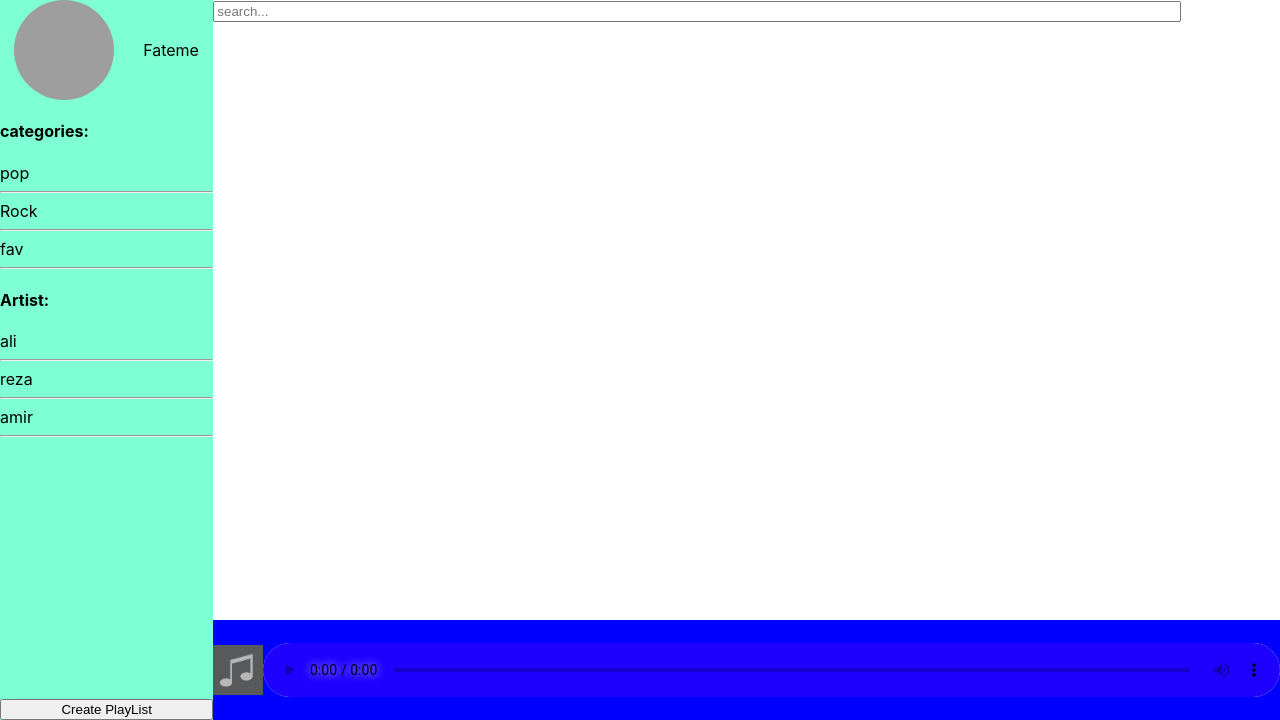
Repository: fateme81yosefi/musicPlayer
Page: /
These files come from the project's save history. The page is drawn as it stood at one moment and after a run of saves; the edit follows.
The browser window is 1280 px wide. The pictures show the whole page.
Pictures or frames that could not be fetched are drawn as grey boxes. The project was rebuilt for these pictures with package versions that can differ from the ones it lists, and the page was loaded fresh each time. Also part of the build but not shown: src/Data/FileUploader/FileUploader.js.

Above is the page before, as saved 2024-06-12 09:46:11.

After the next 2 saves:
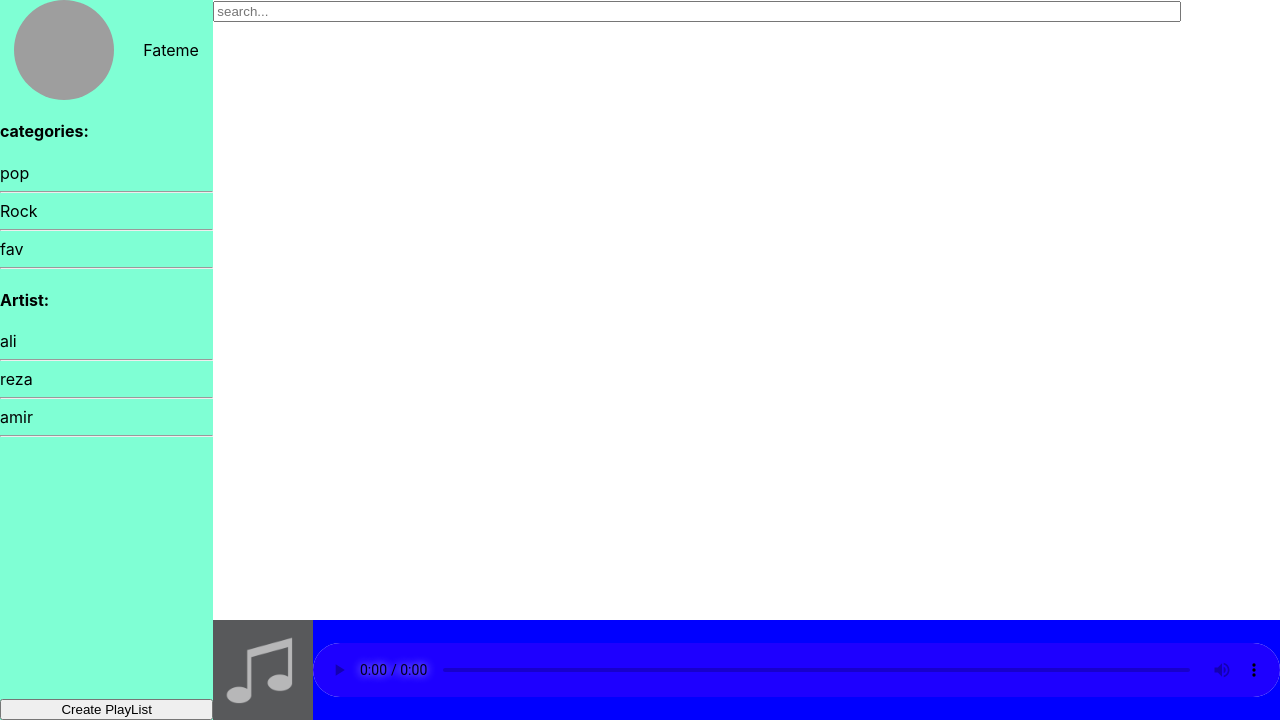
The 2 saves are shown as one change because they came seconds apart.
The last was saved 11 s later.
--- a/src/Components/MainPage/MainPage.css
+++ b/src/Components/MainPage/MainPage.css
@@ -40,8 +40,8 @@
     width: 100%;
 }
 .currentlyPlay img{
-    width: 50px;
-    height: 50px;
+    width: 100px;
+    height: 100px;
 }
 
 audio{
